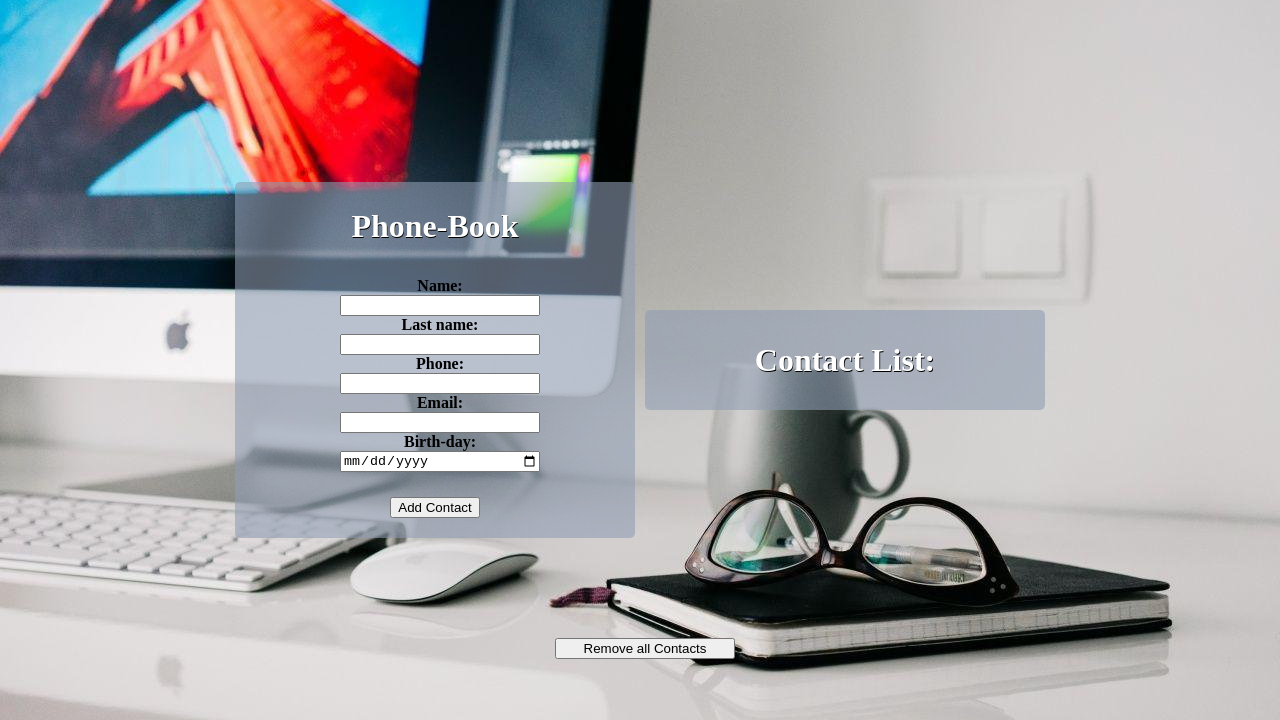
Repository: STA1357/Phone-book
Page: Inner.html
An editor plug-in stored every save of this project. The page is shown before and after the next save, followed by the edit.
The browser window is 1280 px wide. The pictures show the whole page.

Above is the page before, as saved 2020-12-11 13:33:02.

After the next save:
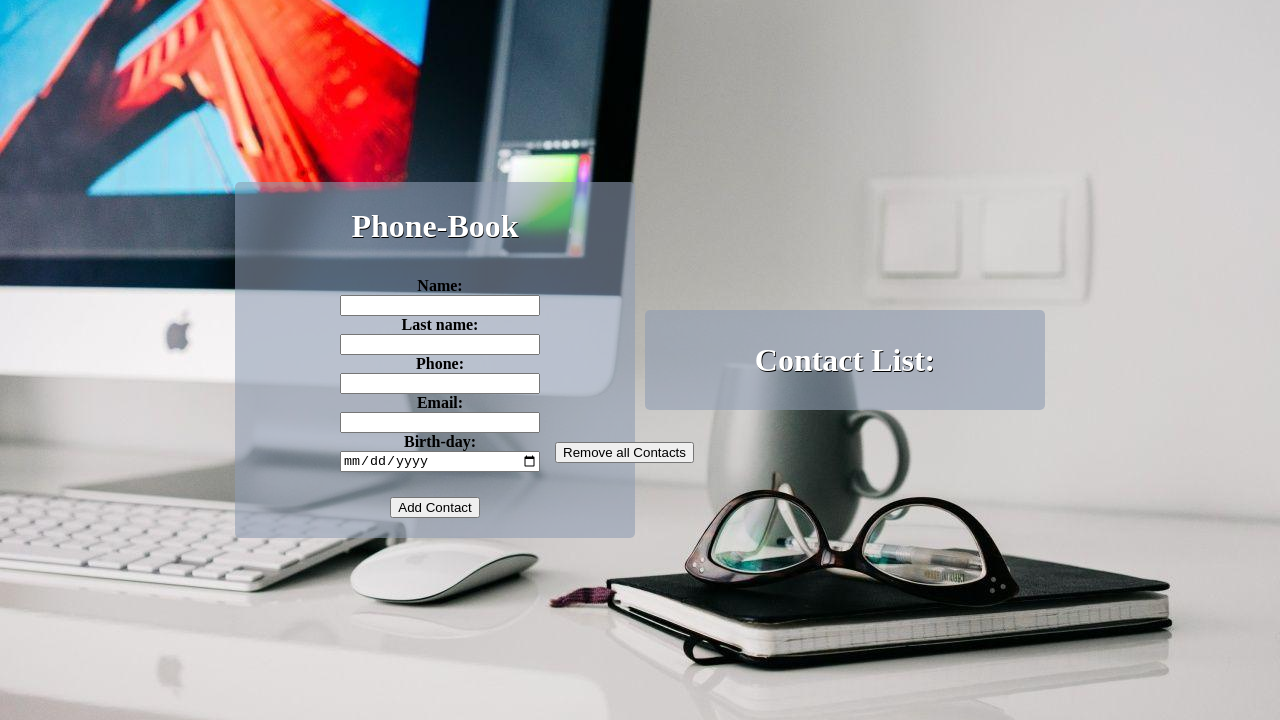
Saved 29 s later.
--- a/Inner.html
+++ b/Inner.html
@@ -43,7 +43,7 @@
 </div>
 
 <div class="clearBook">
-    <button id="clearBook" class="clearBook">Remove all Contacts</button>
+    <button id="clearBookBtn" class="clearBookBtn">Remove all Contacts</button>
 </div>
 
 </body>

After the save that followed:
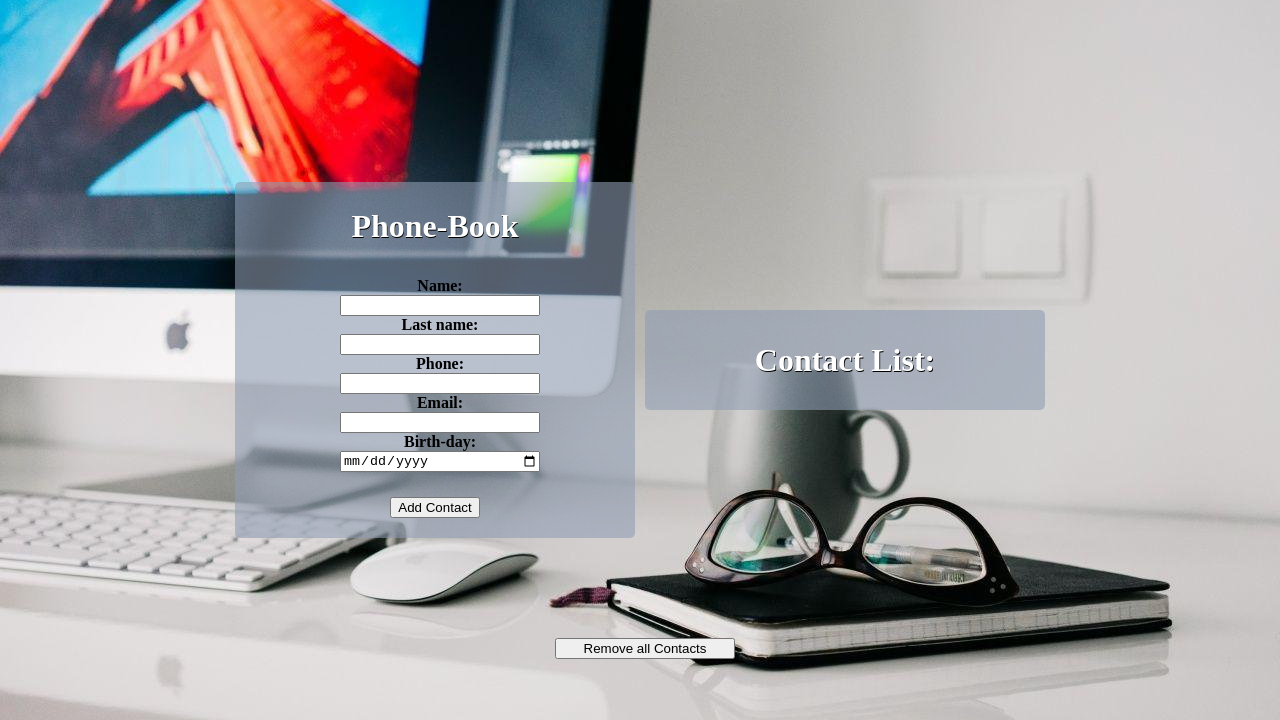
Saved 14 s later.
--- a/Inner.html
+++ b/Inner.html
@@ -43,7 +43,7 @@
 </div>
 
 <div class="clearBook">
-    <button id="clearBookBtn" class="clearBookBtn">Remove all Contacts</button>
+    <button id="clearBook" class="clearBook">Remove all Contacts</button>
 </div>
 
 </body>
